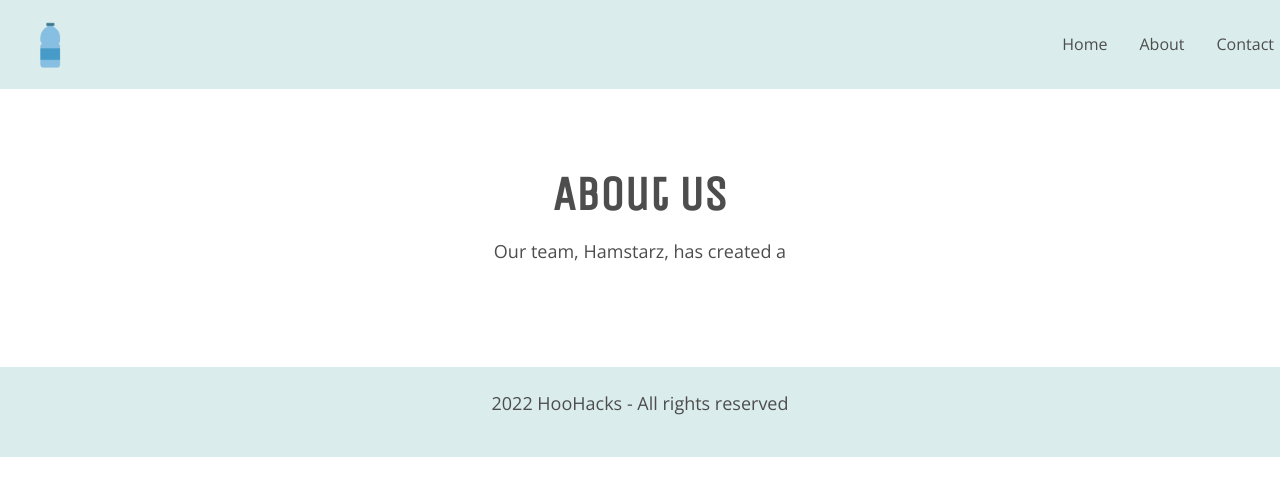
Repository: jennyjjung/H2ODaily
Page: about.html
These files come from the project's save history. The page is drawn as it stood at one moment and after the next save; the edit follows.
The browser window is 1280 px wide. The pictures show the whole page.

Above is the page before, as saved 2022-03-26 19:31:53.

After the next save:
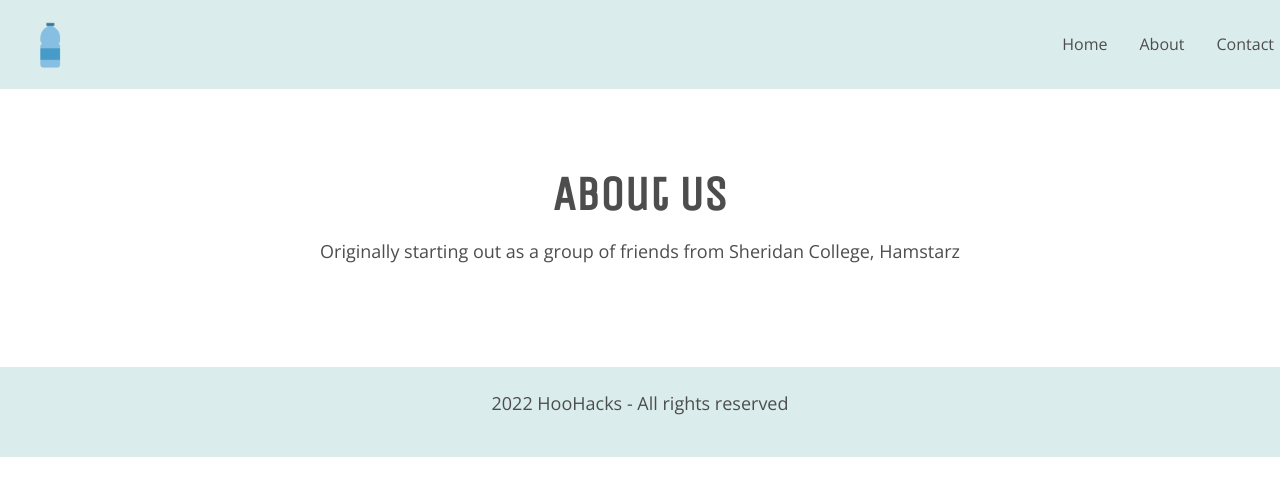
Saved 9 min 41 s later.
--- a/about.html
+++ b/about.html
@@ -27,7 +27,7 @@
     <h1>About Us</h1>
     <div class="about__content">
       <p>
-        Our team, Hamstarz, has created a
+        Originally starting out as a group of friends from Sheridan College, Hamstarz
       </p>
     </div>
   </section>
